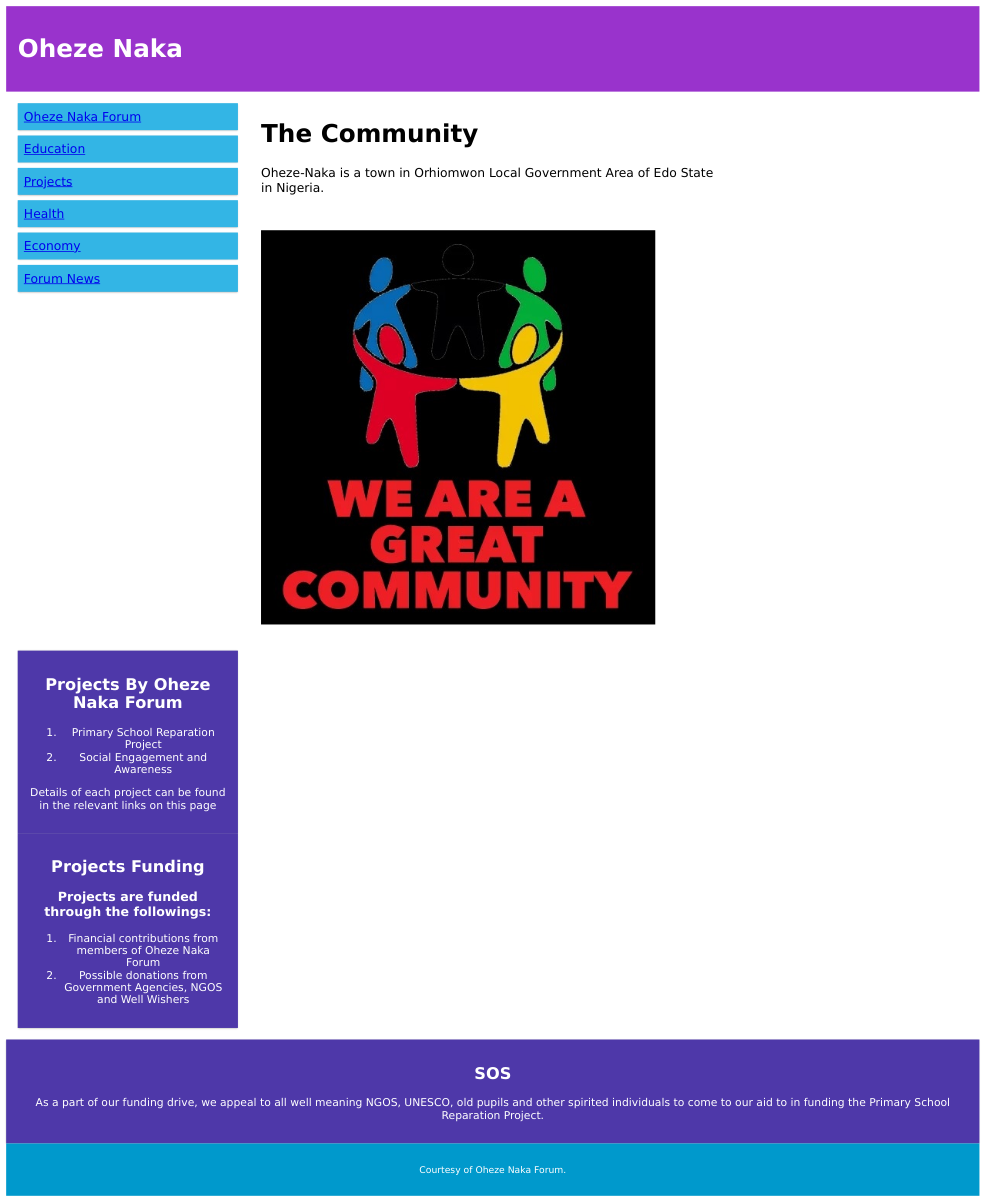
Repository: OtasowieRotimiOsifo/oheze-naka-forum
Page: navigation2.html
These files come from the project's save history. The page is drawn as it stood at one moment and after the next save; the edit follows.
The browser window is 1280 px wide. The pictures show the whole page, at 77% of full size.

Above is the page before, as saved 2021-07-24 00:22:26.

After the next save:
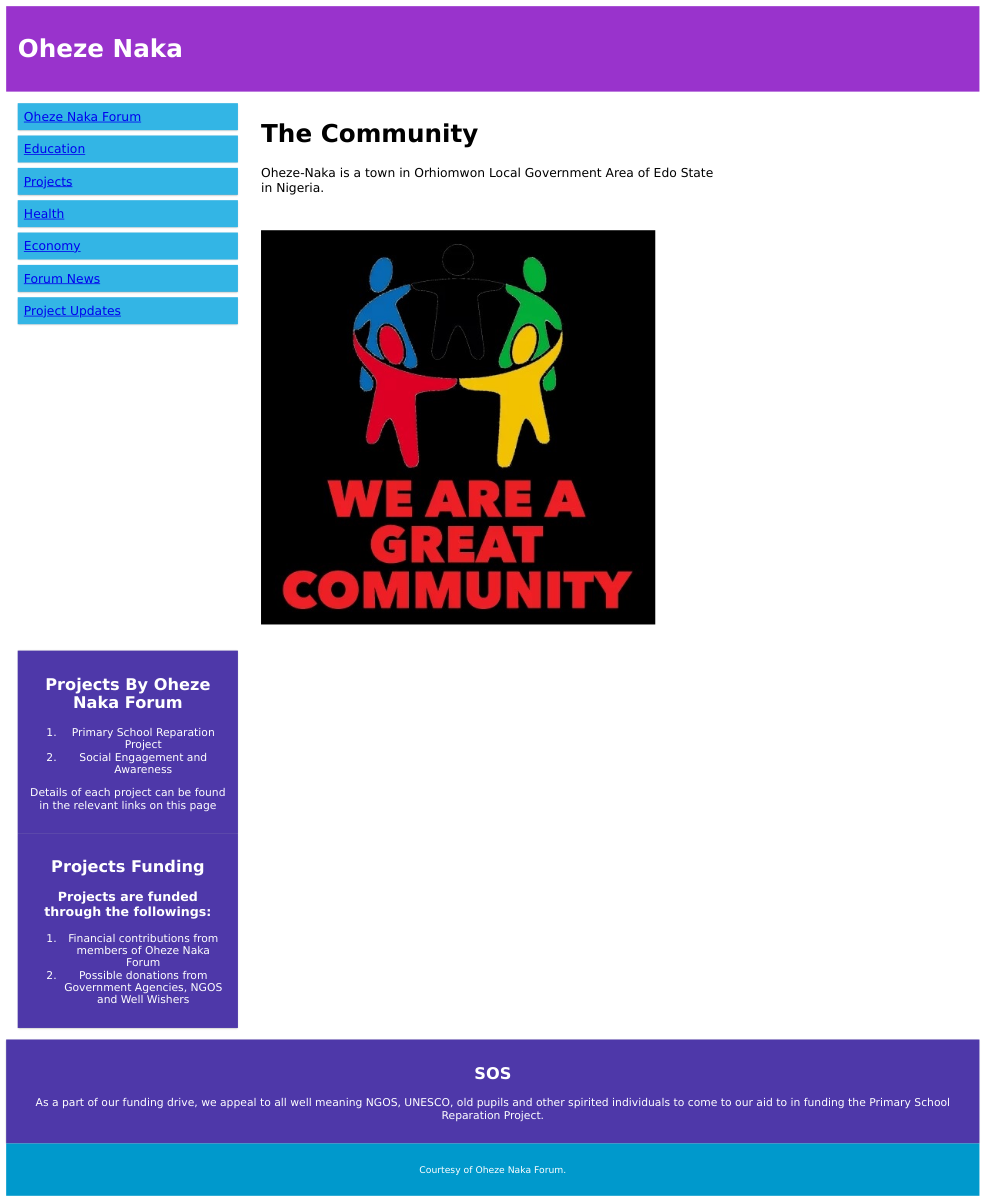
Saved 18 min 12 s later.
--- a/navigation2.html
+++ b/navigation2.html
@@ -118,6 +118,7 @@ html {
       <li><a href="maternity.html">Health</a></li>
       <li><a href="economy.html">Economy</a></li>
       <li><a href="activities.html">Forum News</a></li>
+      <li><a href="projects_update_info.html">Project Updates</a></li>
     </ul>
   </nav>
   </div>
